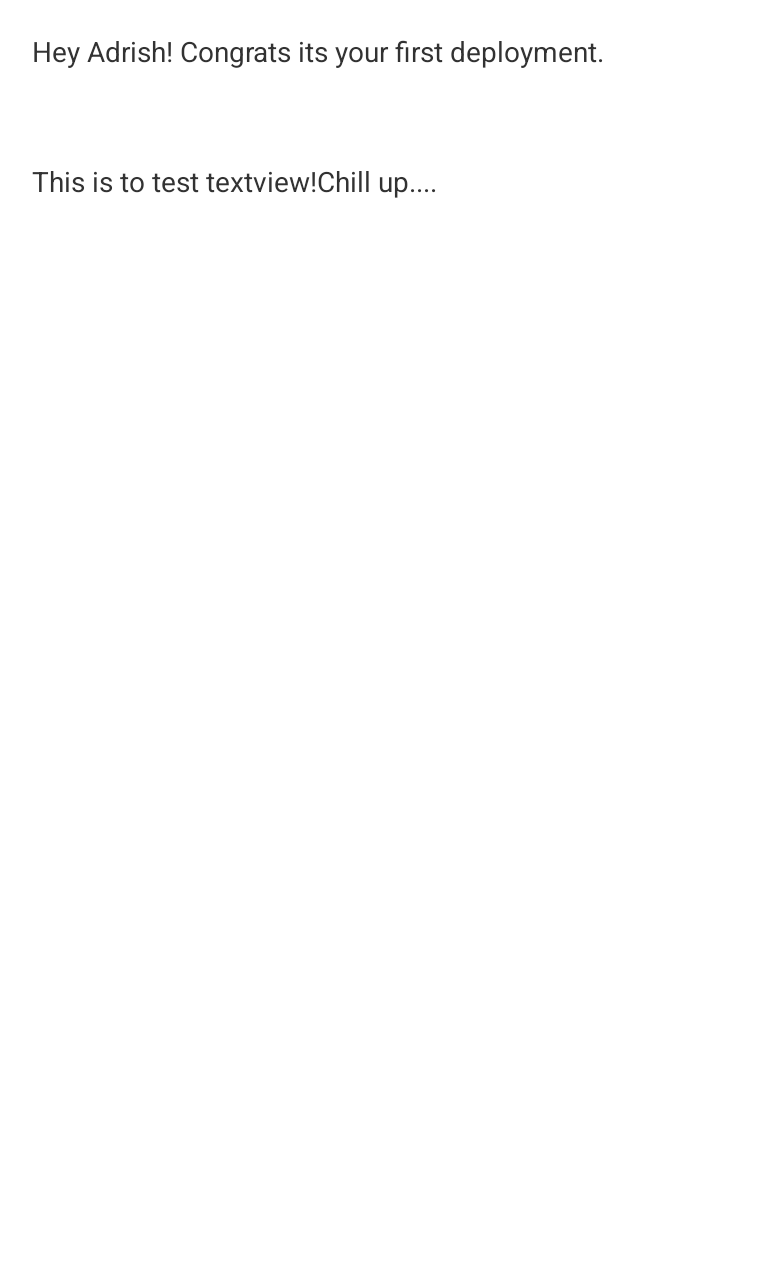
Repository: adrish00/android_learning
Layout: Demo000Ex1MyFirstAppEx/res/layout/activity_corp_activity_one.xml
These files come from the project's save history. The layout is drawn as it stood at one moment and after the next save; the edit follows.
It is drawn on a 768 x 1280 px phone screen (xhdpi) without system bars, with theme AppTheme; the app's code is not run.

Above is the layout before, as saved 2015-09-04 21:41:54.

After the next save:
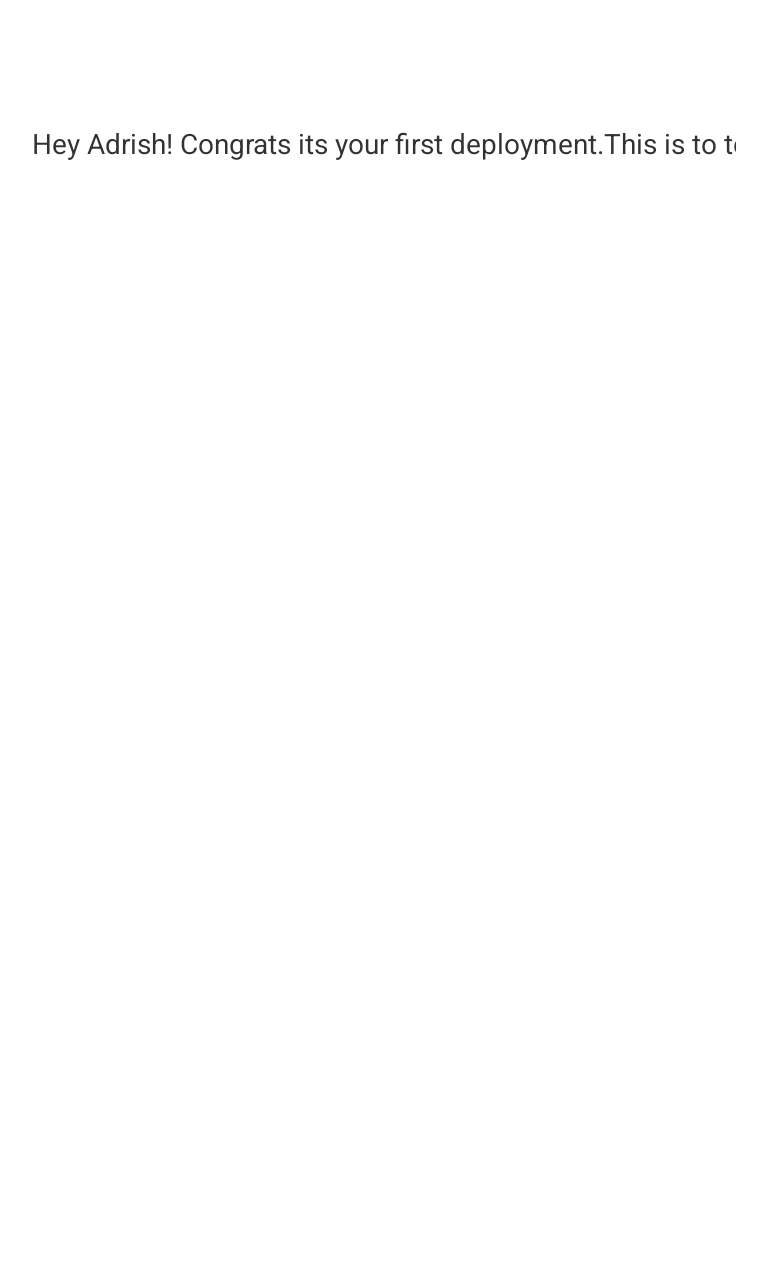
Saved 57 s later.
--- a/Demo000Ex1MyFirstAppEx/res/layout/activity_corp_activity_one.xml
+++ b/Demo000Ex1MyFirstAppEx/res/layout/activity_corp_activity_one.xml
@@ -9,11 +9,7 @@
     android:paddingTop="@dimen/activity_vertical_margin"
     tools:context="in.adrish.corp.ex1myfirstappex.CorpActivityOne" >
 
-    <TextView
-        android:id="@+id/textView2"
-        android:layout_width="wrap_content"
-        android:layout_height="wrap_content"
-        android:text="@string/hello_adrish" />
+
 
     <GridLayout
         android:id="@+id/grd_1"
@@ -29,6 +25,12 @@
             android:layout_width="wrap_content"
             android:layout_height="wrap_content" >
 
+                <TextView
+        android:id="@+id/textView2"
+        android:layout_width="wrap_content"
+        android:layout_height="wrap_content"
+        android:text="@string/hello_adrish" />
+
             <TextView
                 android:id="@+id/textView1"
                 android:layout_width="wrap_content"

After the save that followed:
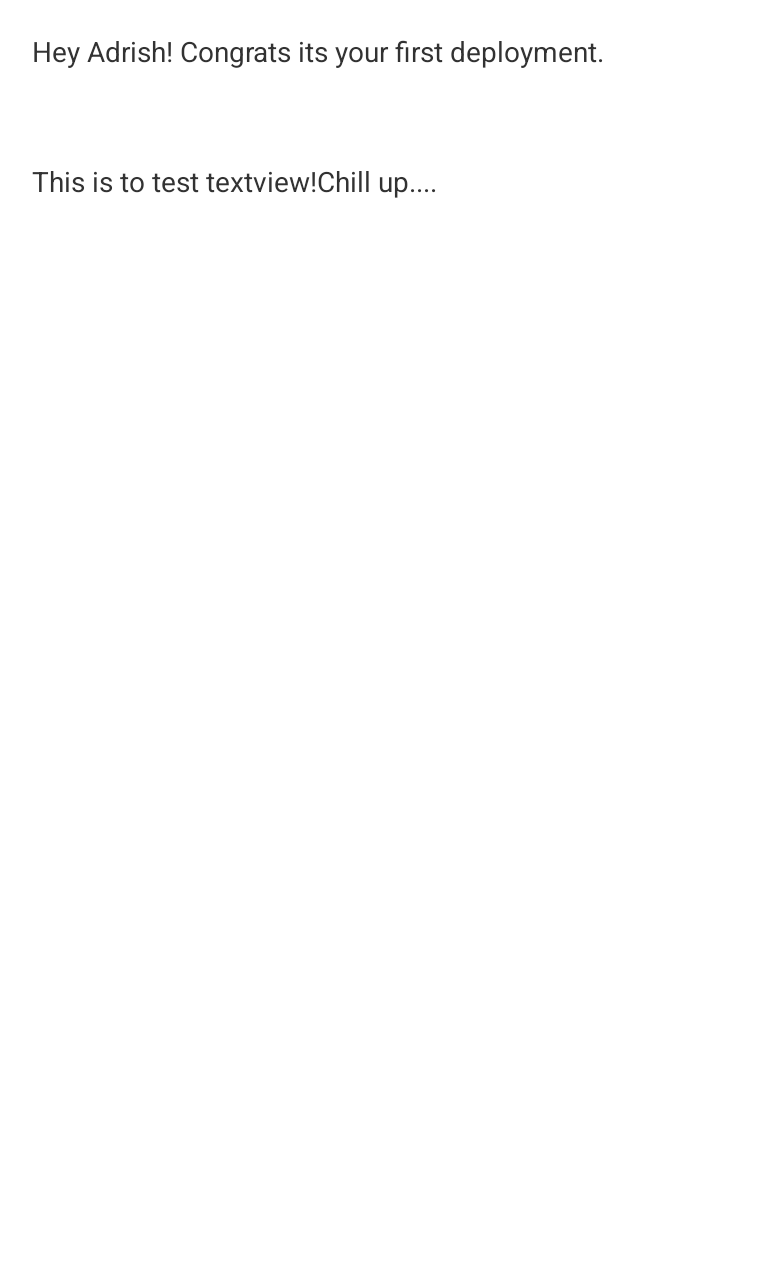
Saved 6 s later.
--- a/Demo000Ex1MyFirstAppEx/res/layout/activity_corp_activity_one.xml
+++ b/Demo000Ex1MyFirstAppEx/res/layout/activity_corp_activity_one.xml
@@ -9,7 +9,11 @@
     android:paddingTop="@dimen/activity_vertical_margin"
     tools:context="in.adrish.corp.ex1myfirstappex.CorpActivityOne" >
 
-
+    <TextView
+        android:id="@+id/textView2"
+        android:layout_width="wrap_content"
+        android:layout_height="wrap_content"
+        android:text="@string/hello_adrish" />
 
     <GridLayout
         android:id="@+id/grd_1"
@@ -25,12 +29,6 @@
             android:layout_width="wrap_content"
             android:layout_height="wrap_content" >
 
-                <TextView
-        android:id="@+id/textView2"
-        android:layout_width="wrap_content"
-        android:layout_height="wrap_content"
-        android:text="@string/hello_adrish" />
-
             <TextView
                 android:id="@+id/textView1"
                 android:layout_width="wrap_content"
